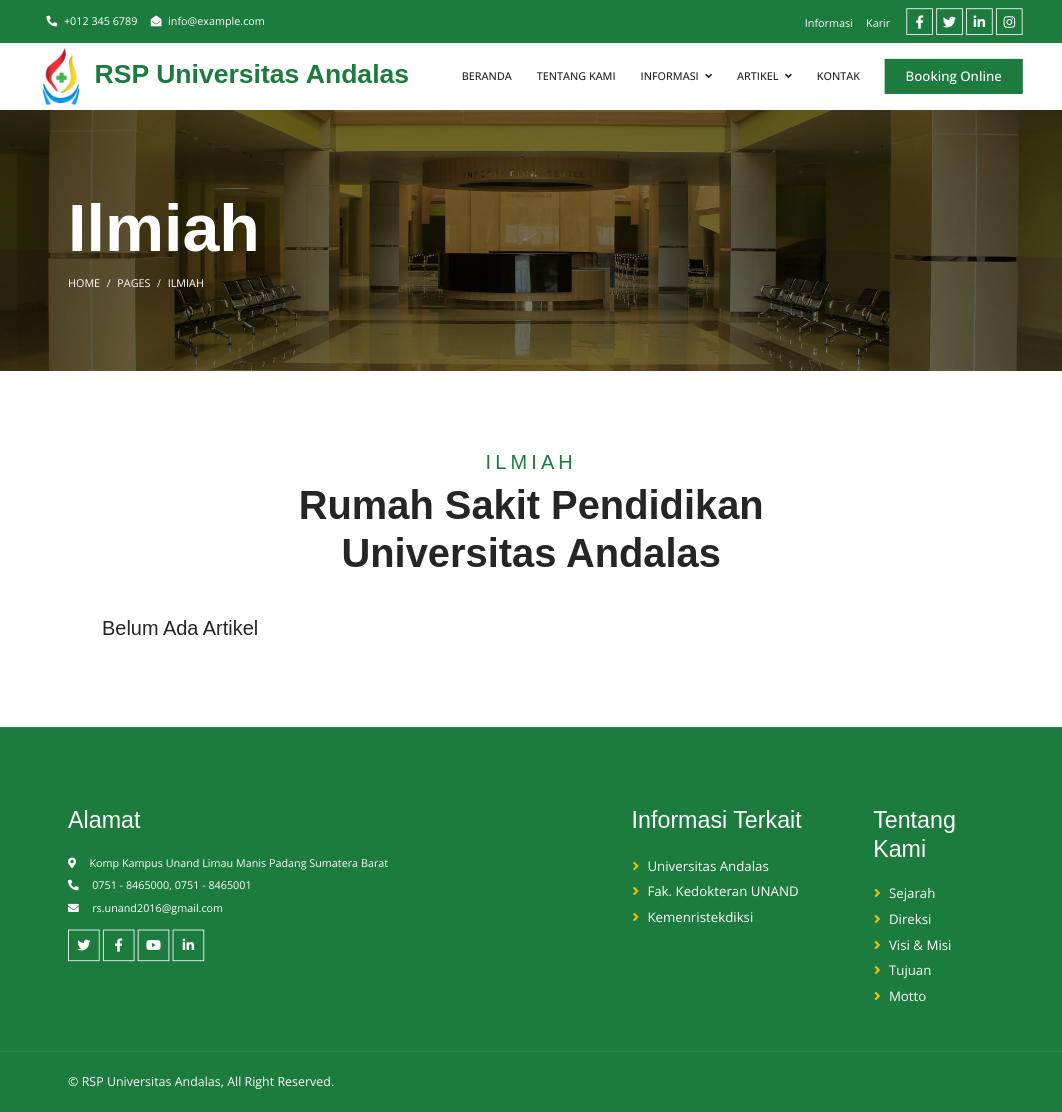
Repository: vivin-erialis/rsunand-site
Page: http://localhost/ilmiah
The author's editor kept a copy of each file at every save. The page is drawn from the files as they stood at one save, then again after the next save.
The browser window is 1280 px wide. The pictures show the whole page, at 83% of full size.
Some web fonts or font styles are not loaded; a fallback is used. Some web libraries are served in a nearby version. The page is served by the project's Laravel application, run on PHP 8.4 with Laravel 12. Queries for data that is not in the repository find no rows.

Above is the page before, as saved 2024-04-29 09:58:38.
Console error: TypeError: Cannot read properties of undefined (reading 'version')

After the next save:
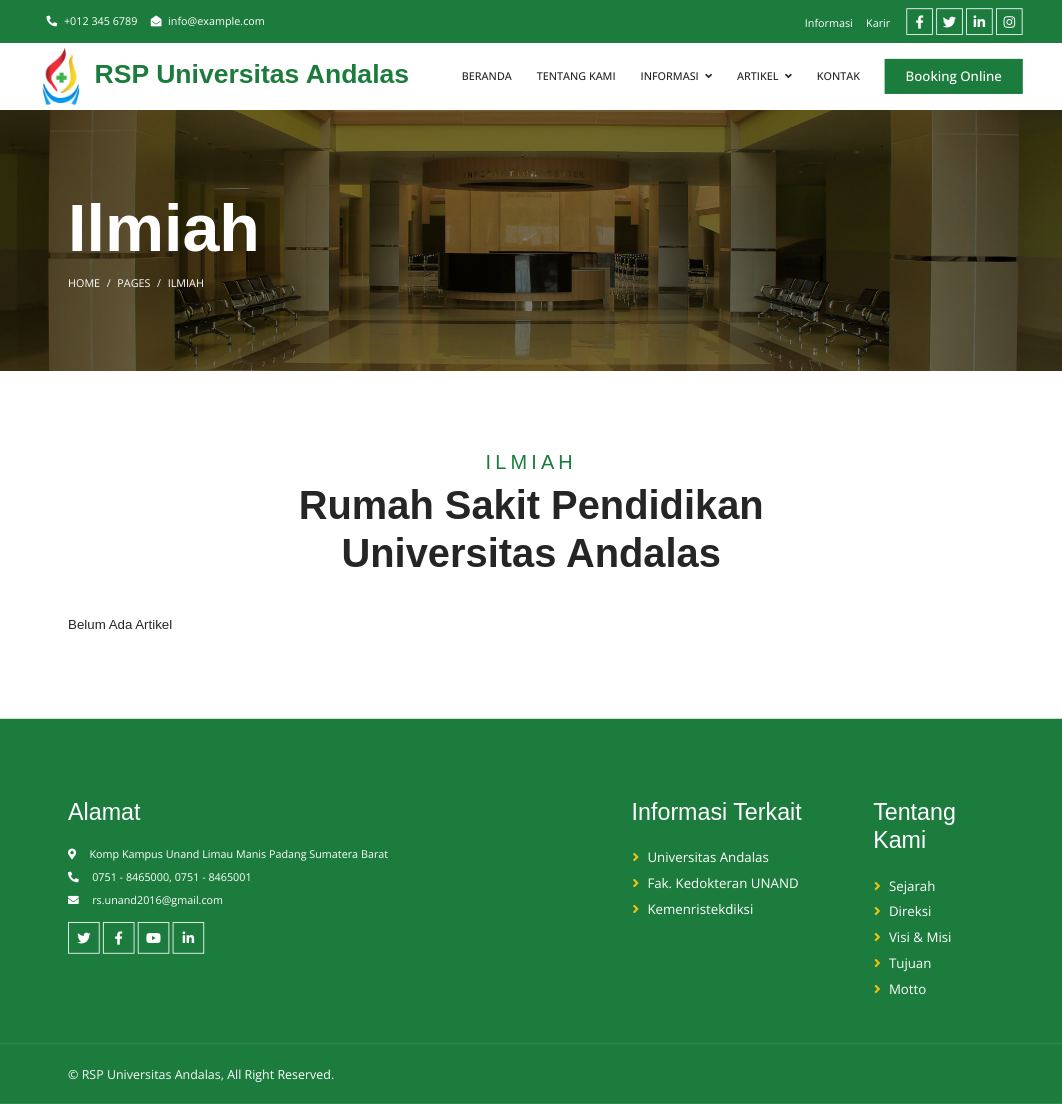
Saved 11 s later.
--- a/resources/views/Frontend/artikel/ilmiah.blade.php
+++ b/resources/views/Frontend/artikel/ilmiah.blade.php
@@ -11,7 +11,7 @@
             </div>
             <dvi class="container-berita">
                 @if ($ilmiah->isEmpty())
-                    <h4 class="text-center">Belum Ada Artikel</h4>
+                    <h6>Belum Ada Artikel</h6>
                 @endif
                 @foreach ($ilmiah as $item)
                     <div class="card">
